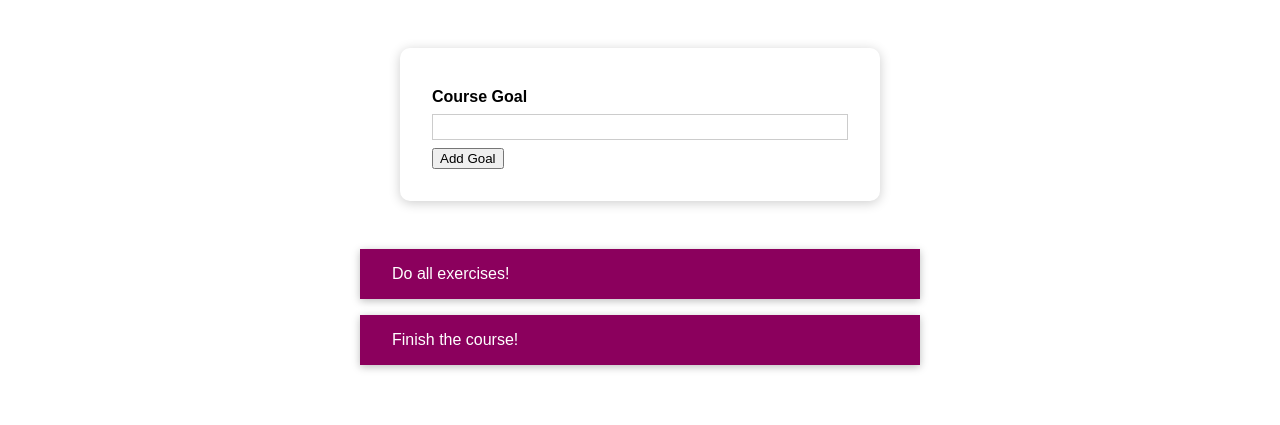
Repository: NamalPathirana/01-starting-project
Page: /
An editor plug-in stored every save of this project. The page is shown before and after the next save, followed by the edit.
The browser window is 1280 px wide. The pictures show the whole page.
The project was rebuilt for these pictures with package versions that can differ from the ones it lists, and the page was loaded fresh each time.

Above is the page before, as saved 2021-11-25 00:17:28.

After the next save:
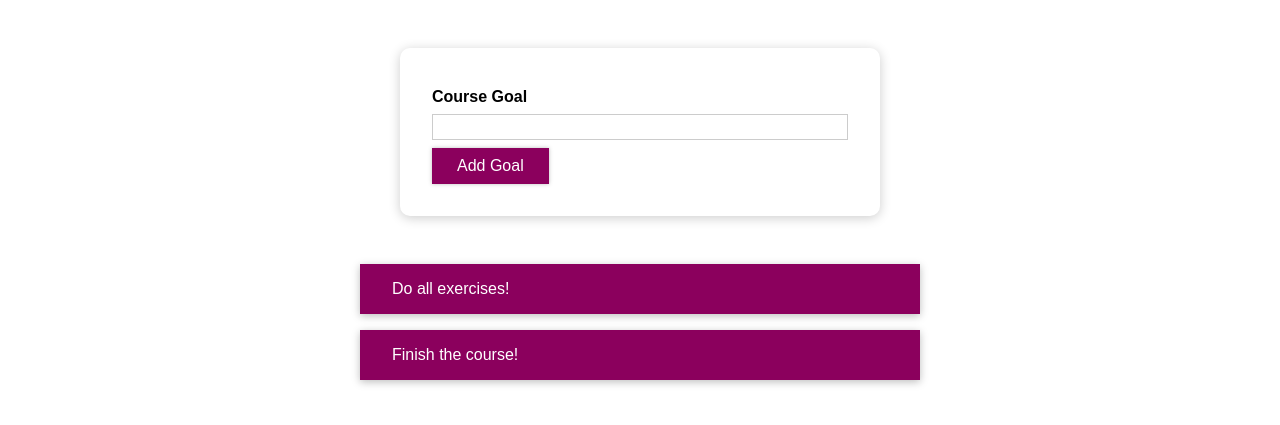
Saved 16 s later.
--- a/src/components/UI/Button/Button.js
+++ b/src/components/UI/Button/Button.js
@@ -29,7 +29,7 @@ import styles from "./Button.module.css";
 
 const Button = props => {
   return (
-    <button type={props.type} className="button" onClick={props.onClick}>
+    <button type={props.type} className={styles.button} onClick={props.onClick}>
       {props.children}
     </button>
   );
